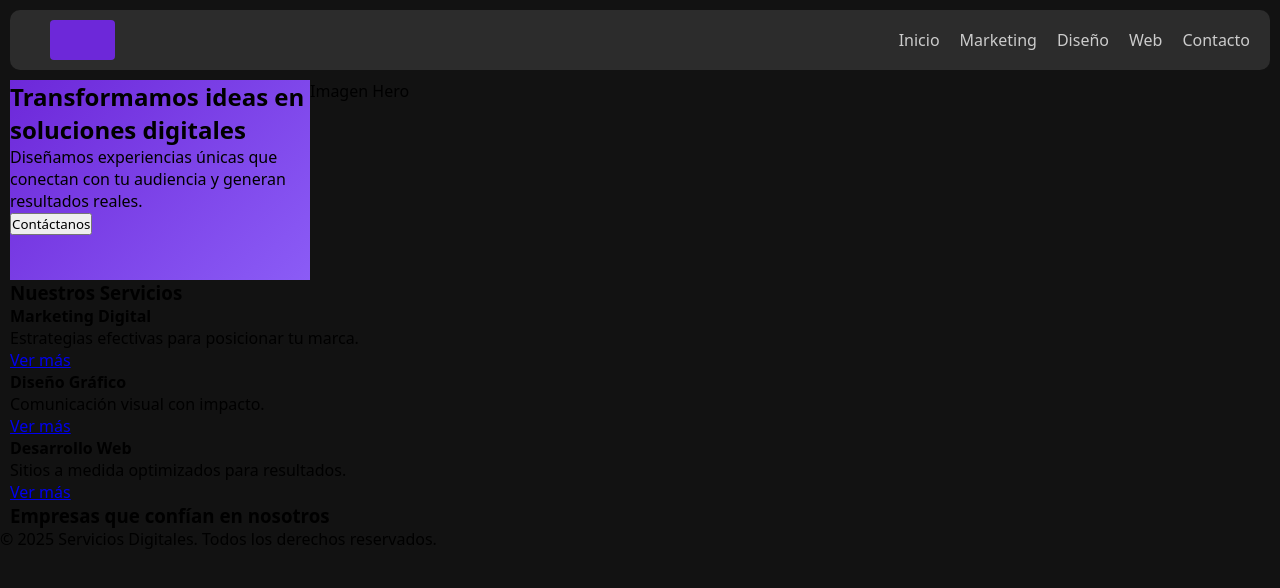
Repository: santinogarrone/TrabajoAgustin
Page: html/index.html
An editor plug-in stored every save of this project. The page is shown before and after the next save, followed by the edit.
The browser window is 1280 px wide. The pictures show the whole page.

Above is the page before, as saved 2025-05-02 12:02:41.

After the next save:
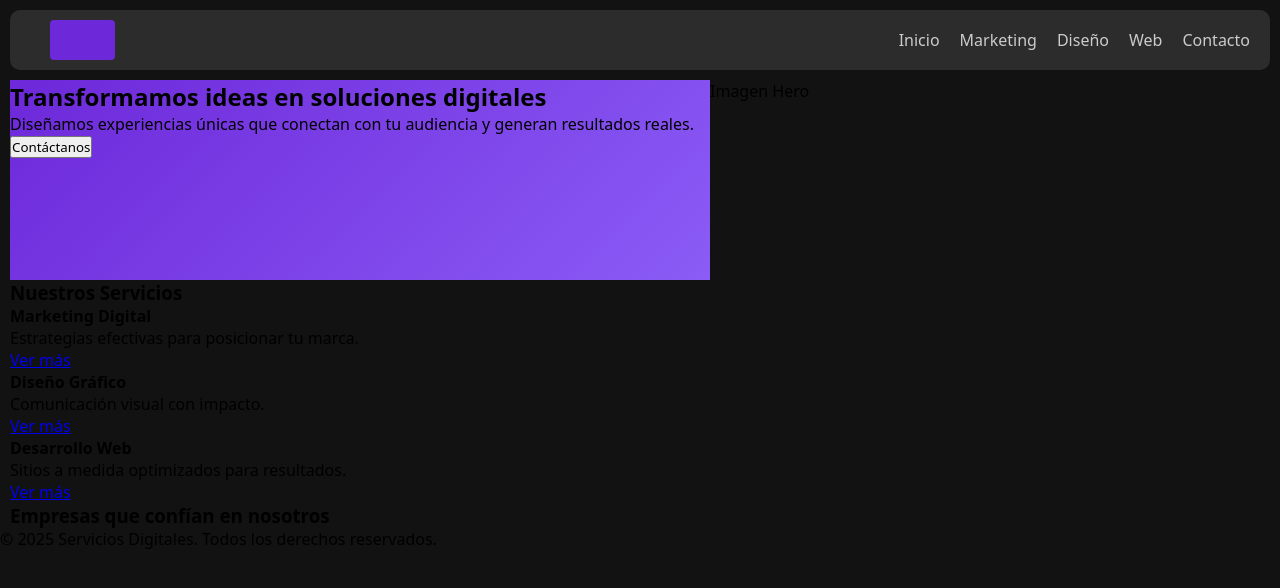
Saved 34 s later.
--- a/css/style.css
+++ b/css/style.css
@@ -68,7 +68,7 @@ header{
   }
   .main-contact .contacto{
     background: var(--primary-color-gradient);
-    width: 300px;
+    width: 700px;
     height: 200px
   }
 
